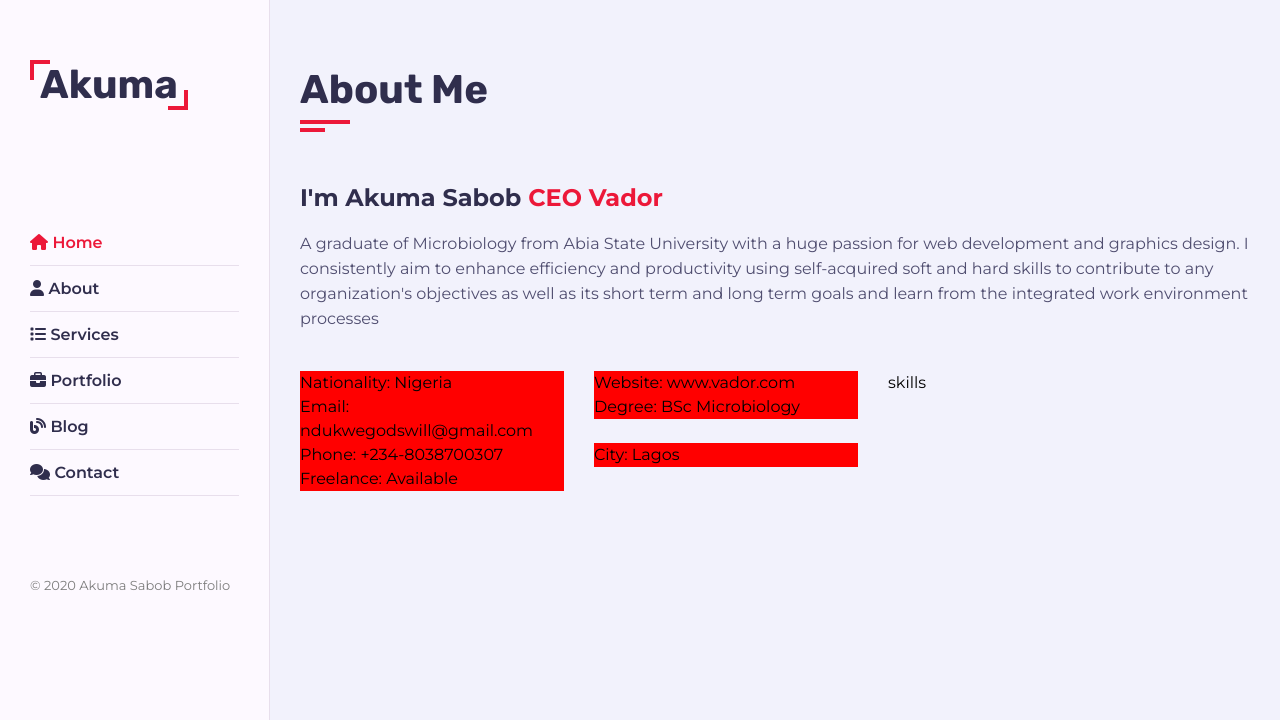
Repository: Akuma001/MY-Portfolio
Page: index.html
An editor plug-in stored every save of this project. The page is shown before and after the next save, followed by the edit.
The browser window is 1280 px wide. The pictures show the whole page.
Some web libraries are served in a nearby version.

Above is the page before, as saved 2020-12-13 18:20:11.

### index.html
<!DOCTYPE html>
<html lang="en">
<head>
  <title>Akuma Sabob</title>
  <meta charset="utf-8">
  <meta name="viewport" content="width=device-width, initial-scale=1">
   <!-- Template css Files -->
	<link rel="stylesheet" href="./css/style.css" type="text/css">
  <link rel="stylesheet" href="./css/skins/pink.css" type="text/css">
  <!-------Favcon icon-------->
  <link href="./images/favicon.ico" rel="icon" type="image/x-icon" />
  <!------------Font-Awesome---------------->
  <script src="https://kit.fontawesome.com/bd6f97032f.js" crossorigin="anonymous"></script>
</head>
<body>
<!-----------Main------------->
<div class="main-container">
<!-----------Side------------->
  <div class="aside">
    <div class="logo">
      <a href="#">Akuma</a>
    </div>

     <!----------Nav toggler---------->
     <div class="nav-toggler">
       <span></span>
     </div>
     <!----------Nav toggler---------->

    <!----------Nav Bar---------->
    <ul class="nav">
      <li><a href="#" class="active"><i class="fa fa-home"></i> Home</a></li>
      <li><a href="#"><i class="fa fa-user"></i> About</a></li>
      <li><a href="#"><i class="fa fa-list"></i> Services</a></li>
      <li><a href="#"><i class="fa fa-briefcase"></i> Portfolio</a></li>
      <li><a href="#"><i class="fas fa-blog"></i> Blog</a></li>
      <li><a href="#"><i class="fa fa-comments"></i> Contact</a></li>
    </ul>
    <div class="copyright-text">
      &copy; 2020 Akuma Sabob Portfolio
    </div>

  </div>
<!-----------Side End------------->

<!-----------Main content------------->
  <div class="main-content">

    <section class="home section hidden">
      <div class="container">
        <div class="intro">
          <img src="./images/profile.jpg" alt="Profile" class="shadow-dark">
          <h1>Akuma Sabob</h1>
          <p>I'm a web-developer <br> I'm graphics designer</p>
          <div class="social-link">
            <a href="#"><i class="fa fa-twitter"></i></a>
            <a href="#"><i class="fa fa-instagram"></i></a>
            <a href="#"><i class="fa fa-linkedin"></i></a>
            <a href="#"><i class="fas fa-code-branch"></i></a>
          </div>
        </div>
      </div>
    </section>

    <!-----------About------------->

      <section class="about section">
        <div class="container">
          <div class="row">
            <div class="section-title padd-15">
              <h2>About Me</h2>
            </div>
          </div>
          <div class="row">
            <div class="about-content padd-15">
              <div class="row">
                <div class="about-text padd-15">
                  <h3>I'm Akuma Sabob <span> CEO Vador </span></h3>
                  <p>A graduate of Microbiology from Abia State University with a huge
                    passion for web development and graphics design. I consistently aim
                    to enhance efficiency and productivity using self-acquired soft and
                    hard skills to contribute to any organization's objectives as well as its
                    short term and long term goals and learn from the integrated work
                    environment processes</p>
                </div>
              </div>
              <div class="row">
                <div class="personal-info padd-15">
                  <div class="row">
                    <div class="info-item padd-15">
                      <p>Nationality: <span>Nigeria</span></p>
                    </div>
                    <div class="info-item padd-15">
                      <p>Website: <span>www.vador.com</span></p>
                    </div>
                    <div class="info-item padd-15">
                      <p>Email: <span>ndukwegodswill@gmail.com</span></p>
                    </div>
                    <div class="info-item padd-15">
                      <p>Degree: <span>BSc Microbiology</span></p>
                    </div>
                    <div class="info-item padd-15">
                      <p>Phone: <span>+234-8038700307</span></p>
                    </div>
                    <div class="info-item padd-15">
                      <p>City: <span>Lagos</span></p>
                    </div>
                    <div class="info-item padd-15">
                      <p>Freelance: <span>Available</span></p>
                    </div>
                  </div>
                </div>
                <div class="skills padd-15">
                  skills
                </div>
              </div>
            </div>
          </div>
        </div>
      </section>

    <!-----------About End------------->
  </div>
<!-----------Main content End------------->
</div>
<!-----------Main------------->
</body>
</html>

### css/style.css

 /*Font Awesome Free Icon*/
 @import url("https://stackpath.bootstrapcdn.com/font-awesome/4.7.0/css/font-awesome.min.css");
 /*Google fonts*/
 @import url('https://fonts.googleapis.com/css?family=Montserrat:400,500,600,700&display=swap');
 @import url('https://fonts.googleapis.com/css?family=Rubik:500,700,900&display=swap');


body{
    margin: 0;
    line-height: 1.5;
    font-size: 16px;
    font-family: 'Montserrat', sans-serif;
    font-weight: 400;
}
*{
    margin: 0;
    padding: 0;
    outline: none;
    text-decoration: none;
    box-sizing: border-box;
}
::before, ::after{
    box-sizing: border-box;
}

.section{
    background-color: #f2f2fc;
    min-height: 100vh;
    display: block;
    padding: 0 30px;
}
.section .container{
    padding-top: 60px;
    padding-bottom: 70px;
}
.section-title{
    -ms-flex: 0 0 100%;
    flex: 0 0 100%;
    max-width: 100%;
    margin-bottom: 60px;
}
.section-title h2{
    font-size: 40px;
    color: #302e4d;
    font-family: 'Rubik', sans-serif;
    font-weight: 700;
    margin: 0;
    position: relative;
}
.section-title h2::before{
    content: '';
    height: 4px;
    width: 50px;
    position: absolute;
    top: 100%;
    left: 0;
}
.section-title h2::after{
    content: '';
    height: 4px;
    width: 25px;
    position: absolute;
    top: 100%;
    left: 0;
    margin-top: 8px;
}
.row{
    display: -ms-flexbox;
    display: flex;
    -ms-flex-wrap: wrap;
    flex-wrap: wrap;
    margin-right: -15px;
    margin-left: -15px;
    position: relative;
}
.padd-15{
    padding-left: 15px;
    padding-right: 15px;
}
.main-content{
    padding-left: 270px;
}

.container{
    max-width: 1100px;
    width: 100%;
    margin: auto;
}
.shadow-dark{
    -webkit-box-shadow: 0 0 20px rgba(48, 46, 77, 0.15);
    box-shadow: 0 0 20px rgba(48, 46, 77, 0.15);
}
.hidden{
    display: none !important;
}

 /*    aside  */
 .aside{
     width: 270px;
     background-color: #fdf9ff;
     position: fixed;
     height: 100%;
     left: 0;
     top: 0;
     z-index: 10;
     border-right: 1px solid #e8dfec;
     padding: 30px;
 }


 .aside .logo{
    padding: 30px 0;
 }
 .aside .logo a{
     font-size: 40px;
     color: #302e4d;
     font-family: 'Rubik', sans-serif;
     font-weight: 700;
     text-decoration: none;
     display: inline-block;
     position: relative;
     padding: 0 10px;
     line-height: 50px;
 }
 .aside .logo a::before{
     content: '';
     height: 20px;
     width: 20px;
     position: absolute;
     top: 0;
     left: 0;
 }
 .aside .logo a::after{
    content: '';
    height: 20px;
    width: 20px;
    position: absolute;
    bottom: 0;
    right: 0;
 }
 .aside .nav-toggler{
     height: 40px;
     width: 45px;
     border: 1px solid #d4d4e3;
     cursor: pointer;
     position: fixed;
     left: 300px;
     top: 30px;
     z-index: 11;
     border-radius: 5px;
     background-color: #fdf9ff;
     /*
     display: -ms-flexbox;
     display: flex;
     */
     display: none;
     -ms-flex-align: center;
     align-items: center;
     -ms-flex-pack: center;
     justify-content: center;
 }
 .aside .nav-toggler span{
    height: 2px;
    width: 18px;
    display: inline-block;
    position: relative;
 }
 .aside .nav-toggler span::before{
     content: '';
     height: 2px;
     width: 18px;
     position: absolute;
     top: -6px;
     left: 0;
 }
 .aside .nav-toggler span::after{
    content: '';
    height: 2px;
    width: 18px;
    position: absolute;
    top: 6px;
    left: 0;
}
 .aside .nav{
    list-style: none;
     margin: 80px 0;
     padding: 0;
 }
 .aside .nav li{
     display: block;
 }
 .aside .nav li a{
     font-size: 16px;
     font-weight: 600;
     color: #302e4d;
     text-decoration: none;
     line-height: 45px;
     display: block;
     border-bottom: 1px solid #e8dfec;
     -webkit-transition: all 0.3s ease;
     transition: all 0.3s ease;
     text-transform: capitalize;
 }
 .aside .nav li a:not(.active):hover{
     padding-left: 5px;
 }
 .aside .nav li a fa{
     margin-right: 5px;
 }
 .aside .copyright-text{
    font-size: 13px;
    color: #7d7d7d;
 }

 /*    Home      */

 .home{
     min-height: 100vh;
     display: -ms-flexbox;
     display: flex;
 }

 .home .intro{
     text-align: center;
 }

 .home .intro img{
     height: 200px;
     width: 200px;
     border-radius: 50%;
     display: inline-block;
     border: 8px solid #ffffff;
 }

 .home .intro h1{
     font-size: 30px;
     color: #302e4d;
     font-family: 'Rubik', sans-serif;
     font-weight: 700;
     margin: 20px 0 5px;
 }
 .home .intro p{
     font-size: 16px;
     font-weight: 500;
     margin: 0%;
     line-height: 22px;
     color: #504e70;
 }

 .home .intro .social-link{
     margin-top: 25px;
 }

 .home .intro .social-link a{
     height: 35px;
     width: 35px;
     display: inline-block;
     text-align: center;
     line-height: 35px;
     color: #ffffff;
     margin: 0 4px;
     border-radius: 50%;
     text-decoration: none;
     -webkit-transition: all 0.3s ease;
     transition: all 0.3s ease;
 }

 .home .intro .social-link a:hover{
    -webkit-transform: scale(1.1);
    transform: scale(1.1);
 }


 /*      About Section     */

.about .about-content{
    -ms-flex: 0 0 100%;
    flex: 0 0 100%;
    max-width: 100%;
}
.about .about-content .about-text{
    -ms-flex: 0 0 100%;
    flex: 0 0 100%;
    max-width: 100%;
}
.about .about-content .about-text h3{
    font-size: 24px;
    margin-bottom: 15px;
    font-weight: 700;
    color: #302e4d;
}
.about .about-content .about-text p{
    font-size: 16px;
    line-height: 25px;
    color: #504e70;
    margin: 0;
}

.about .about-content .personal-info{
    /* background-color: red; */
    -ms-flex: 0 0 60%;
    flex: 0 0 60%;
    max-width: 60%;
    margin-top: 40px;
}
.about .about-content .personal-info .info-item{
    -ms-flex: 0 0 50%;
    flex: 0 0 50%;
    max-width: 50%;
}
.about .about-content .personal-info .info-item p{
    background-color: red;

}
.about .about-content .skills{
    /* background-color: blue; */
    -ms-flex: 0 0 40%;
    flex: 0 0 40%;
    max-width: 40%;
    margin-top: 40px;
}

### css/skins/pink.css
.aside .logo a::before{
    border-top: 4px solid #ec1839;
    border-left: 4px solid #ec1839;
}

.aside .logo a::after{
    border-right: 4px solid #ec1839;
    border-bottom: 4px solid #ec1839;
}

.about .about-content .about-text h3 span,
.aside .nav li a:hover,
.aside .nav li a.active{
    color: #ec1839;
}

.section-title h2::after,
.section-title h2::before,
.aside .nav-toggler span,
.aside .nav-toggler span::before,
.aside .nav-toggler span::after,
.home .intro .social-link a{
    background-color: #ec1839;
}

After the next save:
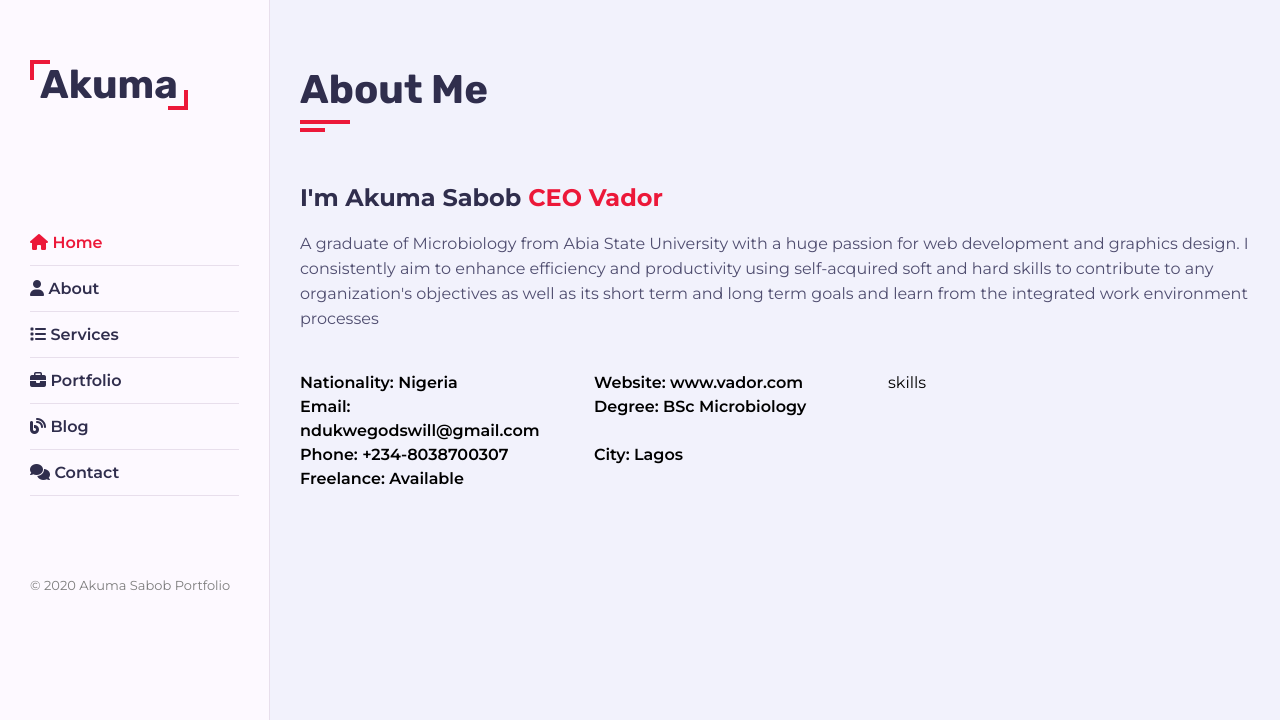
Saved 39 s later.
--- a/css/style.css
+++ b/css/style.css
@@ -310,7 +310,8 @@ body{
     max-width: 50%;
 }
 .about .about-content .personal-info .info-item p{
-    background-color: red;
+    /* background-color: red; */
+    font-weight: 600;
 
 }
 .about .about-content .skills{
